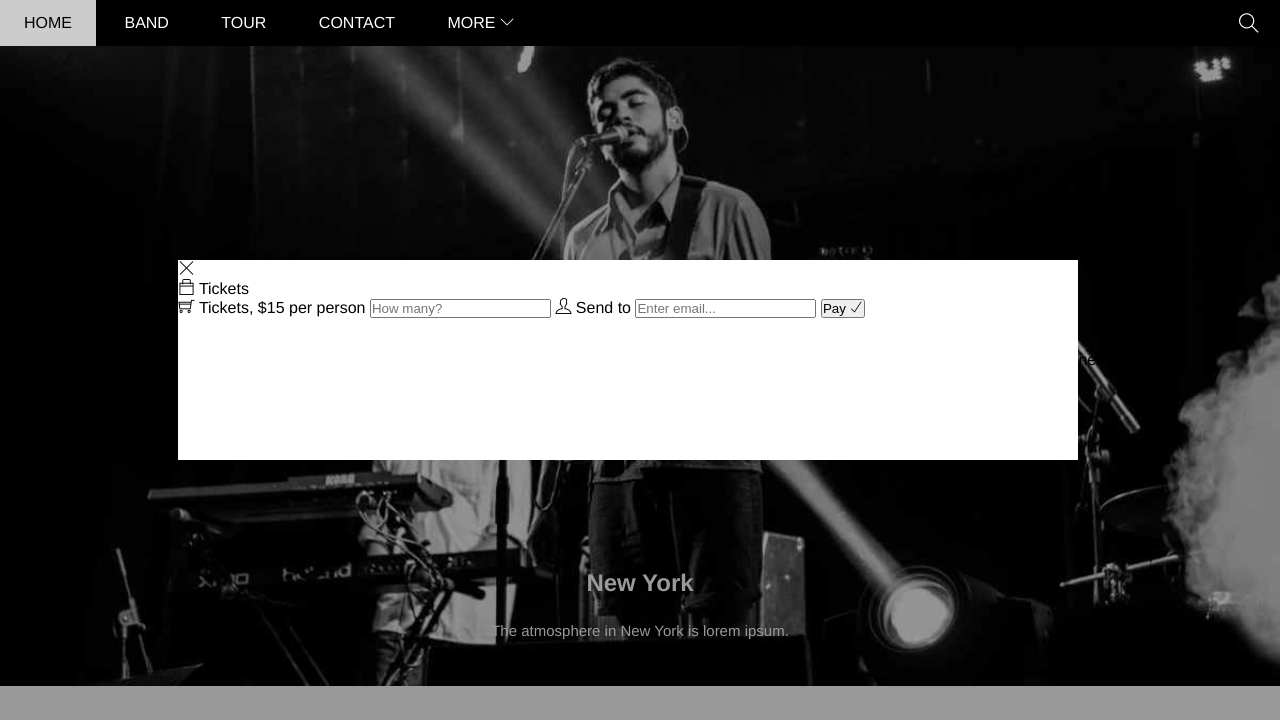
Repository: vophuocthanh/phuocthanhk03
Page: index.html
These files come from the project's save history. The page is drawn as it stood at one moment and after the next save; the edit follows.
The browser window is 1280 px wide. The pictures show the window.
A layer covers the whole window, so only the first screen is drawn.

Above is the page before, as saved 2022-03-25 21:55:21.

After the next save:
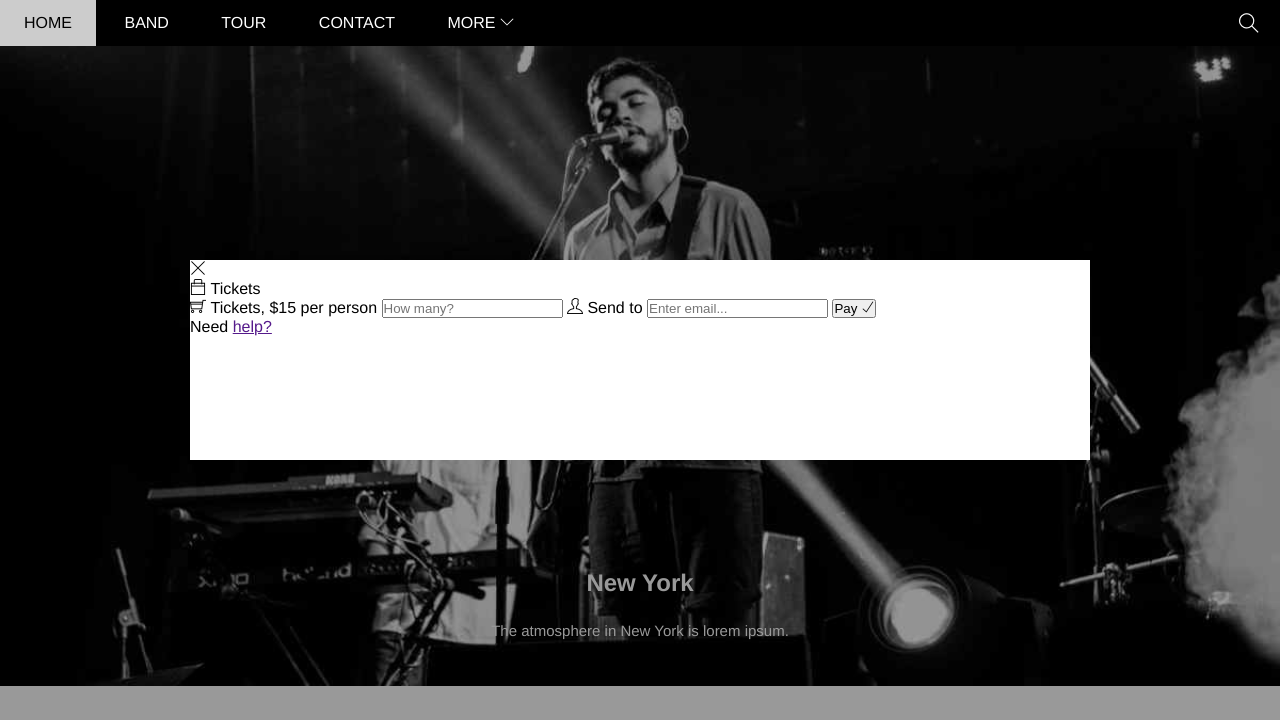
Saved 2 min 50 s later.
--- a/index.html
+++ b/index.html
@@ -167,13 +167,13 @@
                     <button id="buy-tickets">
                         Pay <i class="ti-check"></i>
                     </button>
+                </div>
 
 
-
-
-                </div>
-
-            </div>ner
+                <footer class="modal-footer">
+                    <p class="modal-help">Need <a href="">help?</a></p>
+                </footer>
+            </div>
         </div>
 
 
